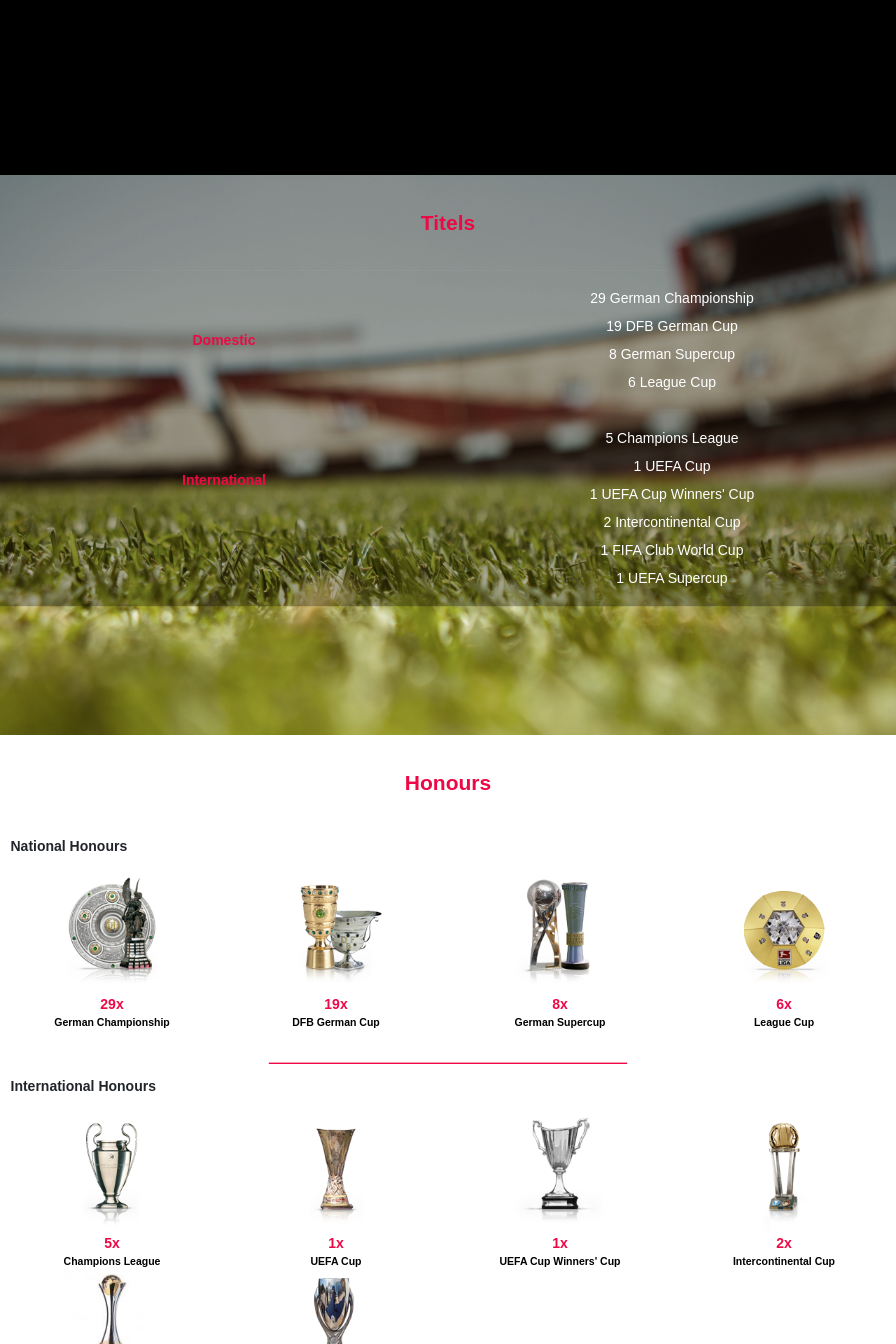
Repository: Code-Institute-Submissions/alnibo-milestone-project-1
Page: about.html
The author's editor kept a record of every edit. The page is drawn from the files as they stood at one moment, then again after the next edit.
The browser window is 1280 px wide. The pictures show the part of the page from y = 750 to 2670 px (the page is 2911 px tall before and 2111 px after), at 70% of full size.
Backgrounds fixed to the window are drawn as part of the page. Some web fonts or font styles are not loaded; a fallback is used.

Above is the page before.

After the next edit:
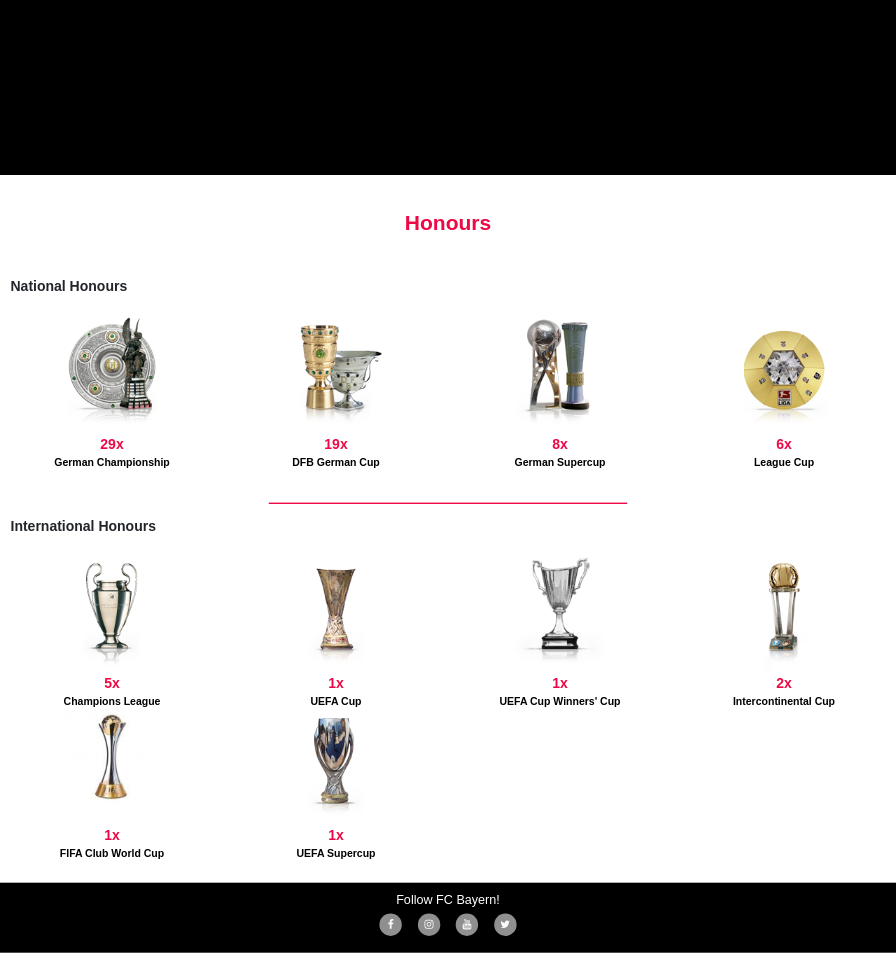
The edit:
--- a/about.html
+++ b/about.html
@@ -71,41 +71,6 @@
         </div>
     </div>
 
-    <div class="container-fluid titels">
-        <div class="row">
-            <h2 class="section-header titels-head col-12">Titels</h2>
-        </div>
-        <div class="row domestic">
-            <div class="col-12 col-md-6 left-container">
-                <div class="sub-section-header">Domestic</div>
-            </div>
-            <div class="col-12 col-md-6 right-container">
-                <div class="cups-container">
-                    <div class="cups">29 German Championship</div>
-                    <div class="cups">19 DFB German Cup</div>
-                    <div class="cups">8 German Supercup</div>
-                    <div class="cups">6 League Cup</div>
-                </div>
-            </div>
-        </div>
-
-        <div class="row domestic">
-            <div class="col-12 col-md-6 left-container">
-                <div class="sub-section-header">International</div>
-            </div>
-            <div class="col-12 col-md-6 right-container">
-                <div class="cups-container">
-                    <div class="cups">5 Champions League</div>
-                    <div class="cups">1 UEFA Cup</div>
-                    <div class="cups">1 UEFA Cup Winners' Cup</div>
-                    <div class="cups">2 Intercontinental Cup</div>
-                    <div class="cups">1 FIFA Club World Cup</div>
-                    <div class="cups">1 UEFA Supercup</div>
-                </div>
-            </div>
-        </div>
-    </div>
-
 <!---------------------------------------------------- Honours -->
 
     <h2 class="section-header titels-head-big col-12">Honours</h2>
